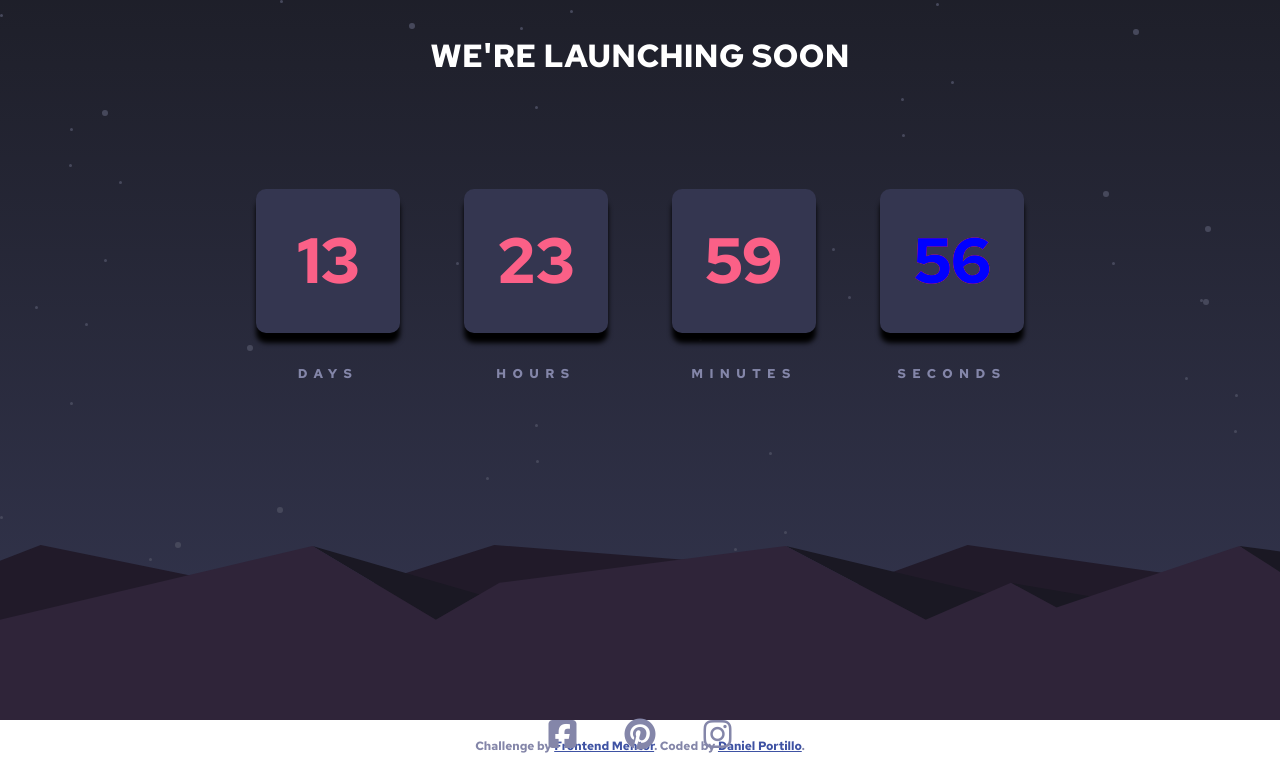
Repository: dportillo23/launch-countdown-timer-main
Page: index.html
The author's editor kept a copy of each file at every save. The page is drawn from the files as they stood at one save, then again after the next save.
The browser window is 1280 px wide. The pictures show the whole page.
Some web libraries are served in a nearby version. The style sheet was rebuilt from its Sass, Less or Tailwind sources for each picture, by a compiler version that may differ from the author's.

Above is the page before, as saved 2021-06-28 18:19:19.

### index.html
<!DOCTYPE html>
<html lang="en">

<head>
  <meta charset="UTF-8">
  <meta name="viewport" content="width=device-width, initial-scale=1.0">

  <!-- displays site properly based on user's device -->
  <link rel="stylesheet" href="style.css">
  <link rel="icon" type="image/png" sizes="32x32" href="./images/favicon-32x32.png">

  <!-- Fontawesome connection -->
  <script src="https://kit.fontawesome.com/22e099610c.js" crossorigin="anonymous"></script>
  <link rel="stylesheet" href="path/to/font-awesome/css/font-awesome.min.css">

  <!-- Google fonts -->
  <link rel="preconnect" href="https://fonts.gstatic.com">
  <link href="https://fonts.googleapis.com/css2?family=Red+Hat+Text:wght@700&display=swap" rel="stylesheet">

  <title>Frontend Mentor | Launch countdown timer</title>

</head>

<body>
  <div class="header">
    <div class="container">

      <h1 class="title">We're launching soon</h1>

      <!-- Cards Section -->
      <div class="cards--section">

        <!-- Days card -->
        <div class="cards--container">
          <div class="card--number--container days" id="days">
            14
          </div>
          <h3 class="card--subtitle">Days</h3>
        </div>

        <!-- Hours card -->
        <div class="cards--container">
          <div class="card--number--container front  hours" id="hours">
            00
          </div>
          <h3 class="card--subtitle">Hours</h3>
        </div>

        <!-- Minutes card -->
        <div class="cards--container">
          <div class="card--number--container  minutes" id="minutes">
            00
          </div>
          <h3 class="card--subtitle">Minutes</h3>
        </div>

        <!-- Seconds card -->
        <div class="cards--container">
          <div class="card--number--container seconds" data-value="" id="seconds">
           00
          </div>
          <h3 class="card--subtitle">Seconds</h3>
        </div>
      </div>

      <!-- Social media icons section -->
      <div class="social--container">
        <img src="./images/pattern-hills.svg" alt="hills" srcset="">
        <a href=""><i class="fab fa-facebook-square"></i></a></i><a href=""><i class="fab fa-pinterest"></i></a><a
          href=""><i class="fab fa-instagram"></i></a></div>
    </div>
  </div>

<!-- Footer -->
  <footer>
    <div class="attribution">
      Challenge by <a href="https://www.frontendmentor.io?ref=challenge" target="_blank">Frontend Mentor</a>.
      Coded by <a href="https://dportillo23.github.io/My-Personal-Site/">Daniel Portillo</a>.
    </div>
  </footer>

  <script src="app.js"></script>
</body>

</html>

### app.js
// Constants and DOM objects
const seconds = 1000;
const minutes = seconds * 60;
const hours = minutes * 60;
const days = hours * 24;



//  Timer elements
const timeDays = document.getElementById("days");
const timeHours = document.getElementById("hours");
const timeMinutes = document.getElementById("minutes");
const timeSeconds = document.getElementById("seconds");

// Cards Elements
const daysContainer = document.querySelector(".days");
const hoursContainer = document.querySelector(".hours");
const minutesContainer = document.querySelector(".minutes");
const secondsContainer = document.querySelector(".seconds");




// Functions
function difference(endTime, startTime) {
    return endTime - startTime;
}

function addLeadingZero(num) {
    if (num < 10) {
        num = "0" + num;
    }
    return num;
}


function flipCard(card) {
    card.classList.toggle("flipped");
}


//  Interval to make the countdown
var counter = 0
var leftTime = {
    d: [],
    h: [],
    m: [],
    s: [],
}

//Change 60 for 00
const sixtyToZero = num => {
    if (num == 60) {
        num = "00"
    }

    return num
}

// Set counter final day
const finish = new Date();
finish.setDate(finish.getDate() + 14);

// Start countdown
setInterval(() => {
    const actualTime = new Date();
    const timeDifference = difference(finish, actualTime);

    if (counter === 0) {
        leftTime = {
            d: [Math.floor(timeDifference / days), Math.floor(timeDifference / days)],
            h: [Math.floor((timeDifference % days)/ hours ), Math.floor((timeDifference % days)/ hours )],
            m: [Math.floor((timeDifference % hours) / minutes), Math.floor((timeDifference % hours) / minutes)],
            s: [Math.floor((timeDifference % minutes) / seconds) + 1, Math.floor((timeDifference % minutes) / seconds) + 1],
        }

    } else {
        leftTime = {
            d: [Math.floor(timeDifference / days), leftTime.d[0]],
            h: [Math.floor((timeDifference % days)/ hours ), leftTime.h[0]],
            m: [Math.floor((timeDifference % hours) / minutes), leftTime.m[0]],
            s: [Math.floor((timeDifference % minutes) / seconds) + 1, leftTime.s[0]],
        }
    }


    // Add leading zero if needed
    for (const item in leftTime) {
        leftTime[item] = leftTime[item].map(num => addLeadingZero(num))
    }


    //  Change numbers in HTML
    secondsContainer.setAttribute("data-value", leftTime.s[0])
    timeDays.innerHTML = sixtyToZero(leftTime.d[0]);
    timeHours.innerHTML = sixtyToZero(leftTime.h[0]);
    timeMinutes.innerHTML = sixtyToZero(leftTime.m[0]);
    timeSeconds.innerHTML = sixtyToZero(leftTime.s[0]);

    counter += 1

    console.log(leftTime)

}, 500);

### style.scss
*,
*::before,
*::after {
    box-sizing: border-box;
    margin: 0;
}

$col-ppal: hsl(237, 18%, 59%);
$col-red: hsl(345, 95%, 68%);

$col-dark: hsl(236, 21%, 26%);
$col-dark-blue: hsl(235, 16%, 14%);
$col-darker: hsl(234, 17%, 12%);

body {
    font-family: 'Red Hat Text', sans-serif;
    color: $col-ppal;
}

.header {
    min-height: 100vh;
    display: flex;
    flex-direction: column;
    justify-content: center;
    align-items: center;
    background: linear-gradient($col-dark-blue, $col-dark);
}

.container {
    min-height: 100vh;
    width: 100%;
    display: flex;
    flex-direction: column;
    justify-content: center;
    align-items: center;
    gap: 7em;
    position: relative;
    background: url('./images/bg-stars.svg');
}

.title {
    text-transform: uppercase;
    color: #fff;
}

// Cards Secition

.cards--section {
    display: flex;
    gap: 4em;
}

.cards--container {
    display: flex;
    flex-direction: column;
    gap: 2em;
    justify-content: center;
    align-items: center;
}

.card--number--container {
    display: flex;
    justify-content: center;
    align-items: center;
    padding: 1em;
    width: 2.25em;
    height: 2.25em;
    background-color: $col-dark;
    border-radius: 10px;
    box-shadow: 0 10px 5px black;
    position: relative;
    overflow: hidden;
    transition: all 0.5s ease;
    backface-visibility: hidden;
    transform: rotateX(0deg);
    color: $col-red;
    font-size: 4rem;

    &::before {
        content: attr(data-value);
        width: 100%;
        height: 50%;
        color: red;
        position: absolute;
        display: flex;
        justify-content: center;
        align-items: center;
    }

    &::after {
        content: attr(data-value);
        width: 100%;
        height: 100%;
        color: blue;
        position: absolute;
        display: flex;
        justify-content: center;
        align-items: center;
    }
}

.card--subtitle {
    text-transform: uppercase;
    letter-spacing: 0.5em;
    font-size: 0.8em;
}

// Social media section

.social--container {
    width: 100%;
    height: 100%;
    padding-top: 10em;
    display: flex;
    align-items: center;
    justify-content: center;
    gap: 3em;
    // background: lightblue;

    img {
        width: 100%;

        position: absolute;
        z-index: 0;
        bottom: 0;
    }
}

.fab {
    position: relative;
    top: 2em;
    z-index: 1;
    font-size: 2rem;
    color: $col-ppal;

    &:hover {
        color: $col-red;
    }
}

// Footer

.attribution {
    padding: 1.5em;
    font-size: 12px;
    text-align: center;

    a {
        color: hsl(228, 45%, 44%);
    }
}

After the next save:
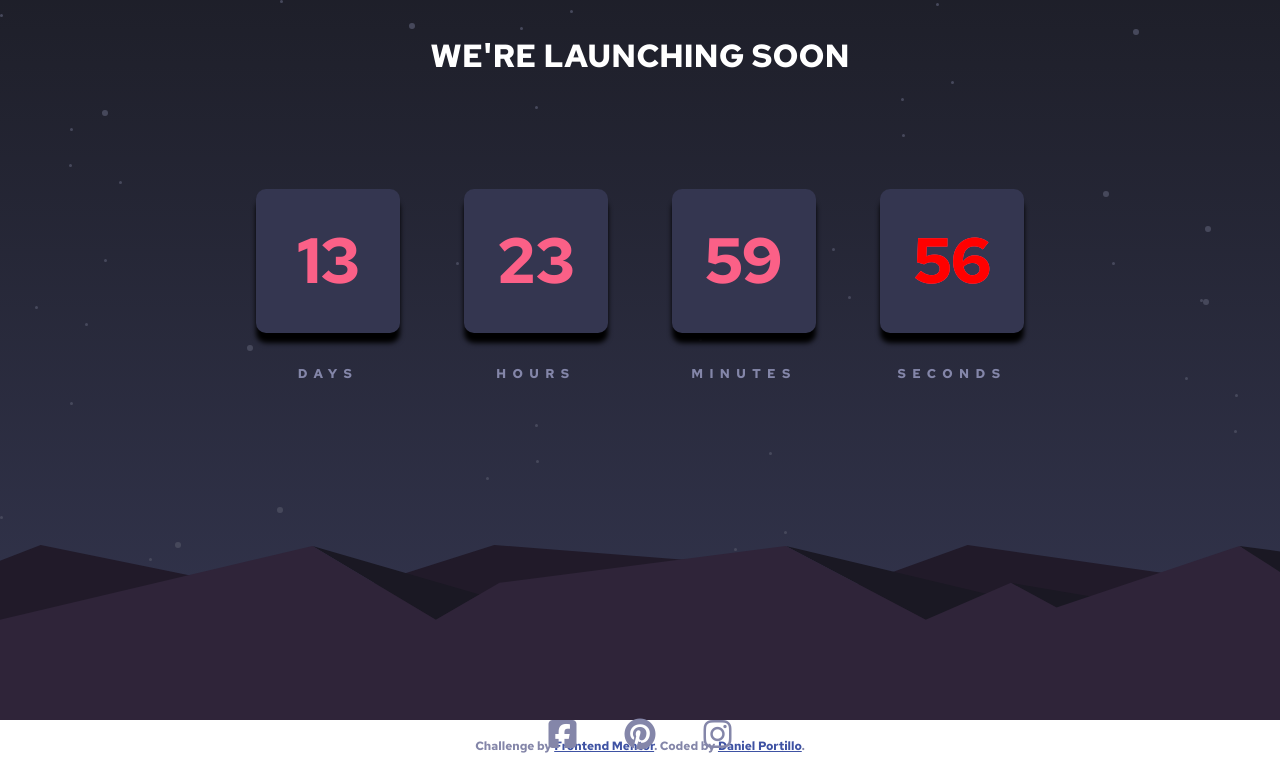
Saved 8 s later.
--- a/style.scss
+++ b/style.scss
@@ -87,16 +87,16 @@ body {
         align-items: center;
     }
 
-    &::after {
-        content: attr(data-value);
-        width: 100%;
-        height: 100%;
-        color: blue;
-        position: absolute;
-        display: flex;
-        justify-content: center;
-        align-items: center;
-    }
+    // &::after {
+    //     content: attr(data-value);
+    //     width: 100%;
+    //     height: 100%;
+    //     color: blue;
+    //     position: absolute;
+    //     display: flex;
+    //     justify-content: center;
+    //     align-items: center;
+    // }
 }
 
 .card--subtitle {
